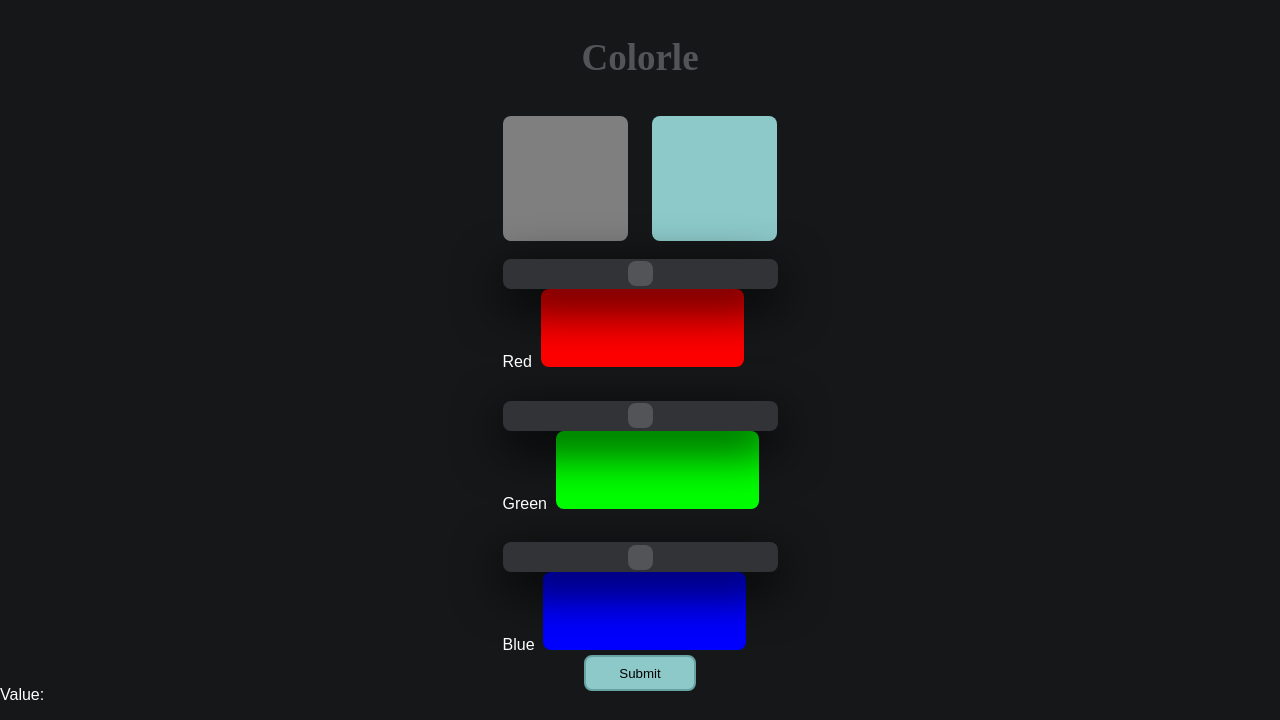
Repository: Artem-Melnik/Colorle
Page: index.html
An editor plug-in stored every save of this project. The page is shown before and after the next save, followed by the edit.
The browser window is 1280 px wide. The pictures show the whole page.

Above is the page before, as saved 2022-05-14 17:42:22.

After the next save:
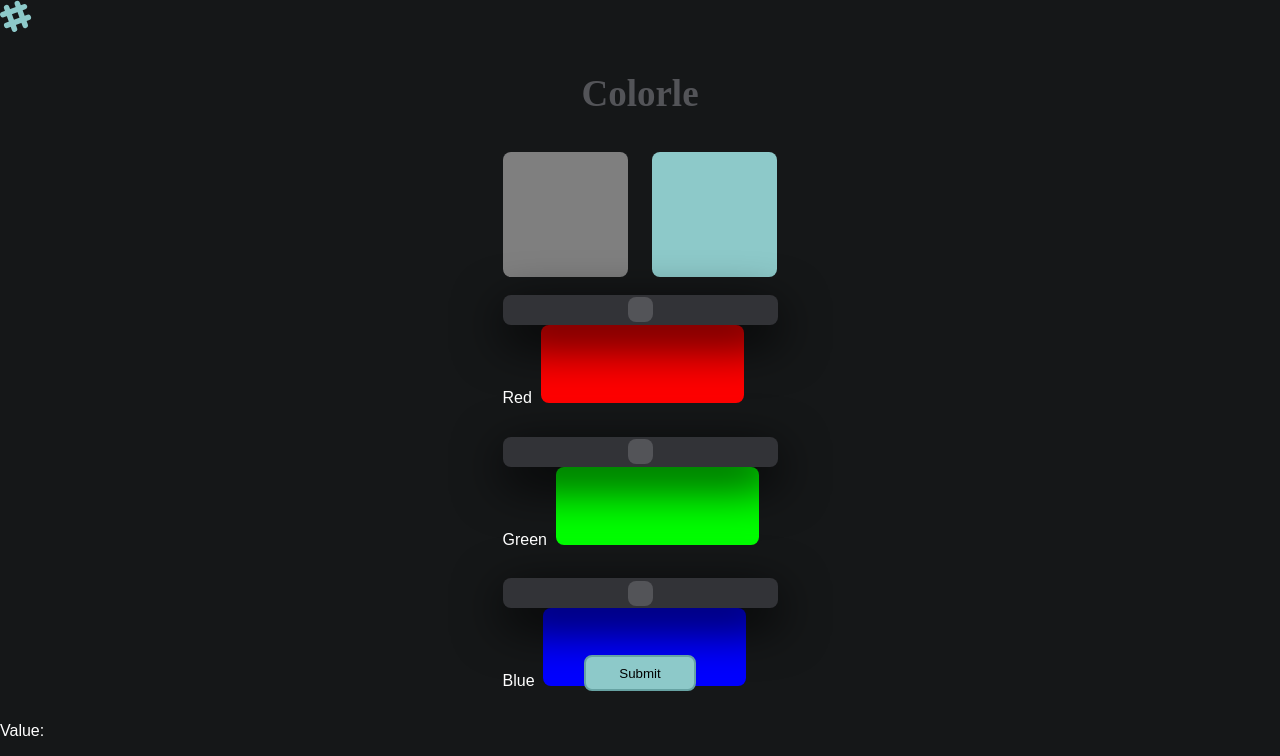
Saved 98 s later.
--- a/index.html
+++ b/index.html
@@ -28,6 +28,7 @@
   <body>
     <div id="app"></div>
     <div class="topBar">
+      <img src="assets/logo.svg">
       <p id="title">Colorle</p>
       <p>
         <button type="button" id="themeToggle">
